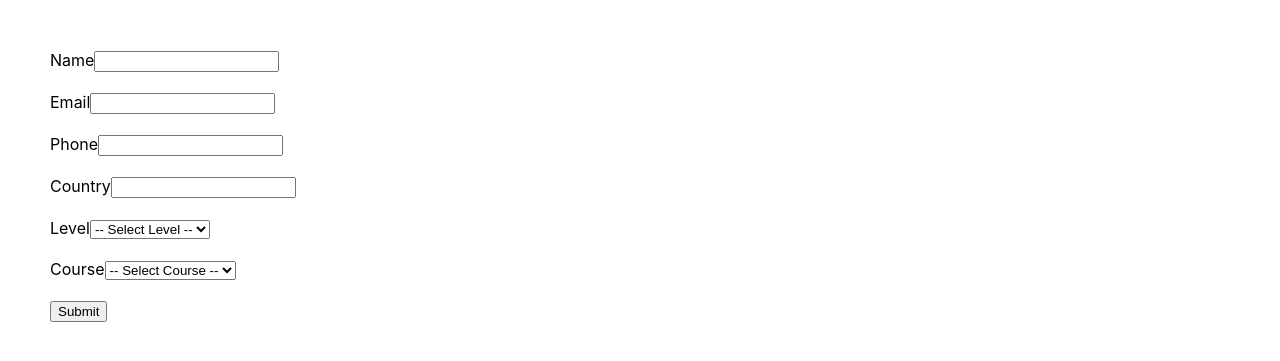
Repository: talha-mahmood/form_react
Page: /
These files come from the project's save history. The page is drawn as it stood at one moment and after the next save; the edit follows.
The browser window is 1280 px wide. The pictures show the whole page.
The project was rebuilt for these pictures with package versions that can differ from the ones it lists, and the page was loaded fresh each time.

Above is the page before, as saved 2023-03-13 16:02:06.

After the next save:
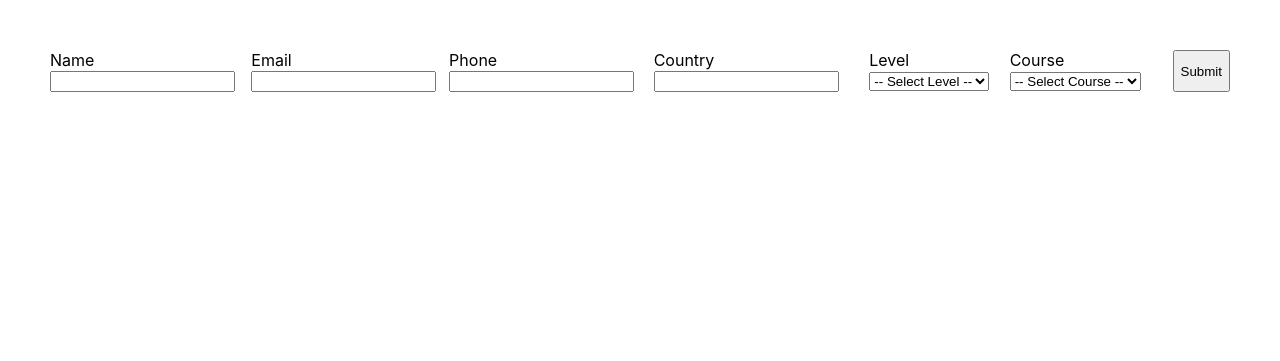
Saved 65 s later.
--- a/src/App.css
+++ b/src/App.css
@@ -39,5 +39,5 @@
 
 form{
   padding: 50px;
-
+  display:flex
 }

After the save that followed:
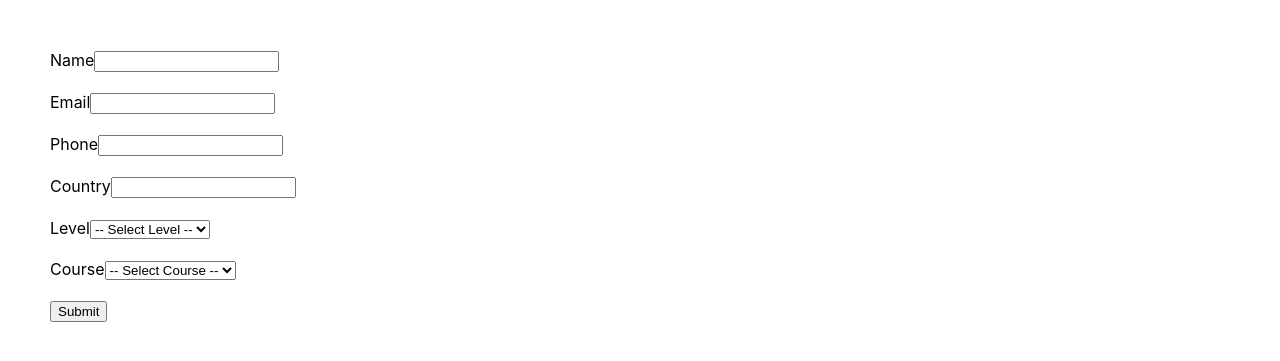
Saved 24 s later.
--- a/src/App.css
+++ b/src/App.css
@@ -39,5 +39,5 @@
 
 form{
   padding: 50px;
-  display:flex
+  display:flex-
 }
